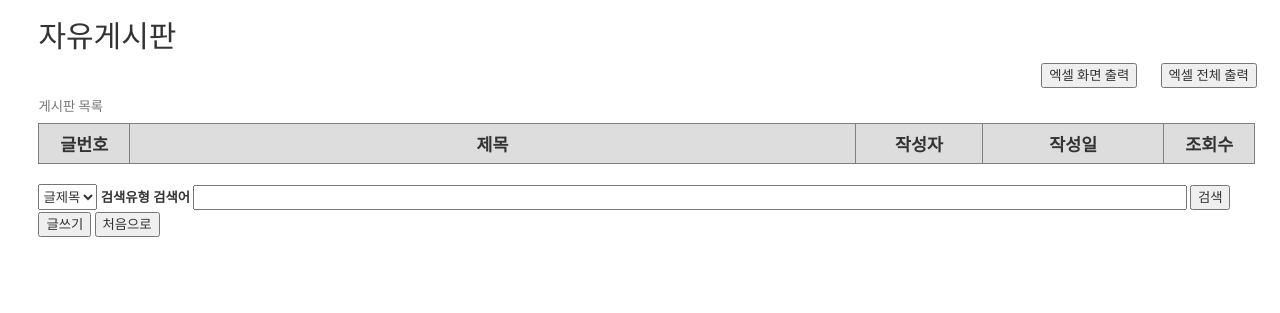
Repository: sser98/bowtech
Page: http://localhost/Board/WEB-INF/views/tiles1/board/list.jsp
An editor plug-in stored every save of this project. The page is shown before and after the next save, followed by the edit.
The browser window is 1280 px wide. The pictures show the whole page.
The page is served by Tomcat 9. Nobody is signed in. Other server files are loaded and not shown. The template is opened directly, without the code that normally fills it, so the values that code supplies are empty.

Above is the page before, as saved 2021-03-09 09:24:05.

### Board/src/main/webapp/WEB-INF/views/tiles1/board/list.jsp
<%@ page language="java" contentType="text/html; charset=UTF-8"
    pageEncoding="UTF-8"%>

<%@ taglib prefix="c" uri="http://java.sun.com/jsp/jstl/core" %>
<%@ taglib prefix="fmt" uri="http://java.sun.com/jstl/fmt" %>
<%@ taglib prefix="fn" uri="http://java.sun.com/jsp/jstl/functions" %>
<% String ctxPath = request.getContextPath(); %>

  <script src="https://ajax.googleapis.com/ajax/libs/jquery/3.5.1/jquery.min.js"></script>
  <script src="https://maxcdn.bootstrapcdn.com/bootstrap/3.4.1/js/bootstrap.min.js"></script>
  <link rel="stylesheet" href="https://maxcdn.bootstrapcdn.com/bootstrap/3.4.1/css/bootstrap.min.css">

<style type="text/css">

	* {
		font-family: "제주고딕";
		font-size: 10pt;
	}

	th {
		font-size: 13pt;
	}

	td {
		font-family: "제주고딕";
		font-size: 10pt;
	}

   table, th, td {border: solid 1px gray;}


    #table {width: 98%; border-collapse: collapse;}
    #table th, #table td {padding: 5px;}
    #table th {background-color: #DDD;}
    .subjectStyle {font-weight: bold;
                   color: navy;
                   cursor: pointer;}


    #searchWord {
    	width: 80%;
    }

    tr {
    	height: 30pt;
    }

    div#mycontent {
	    min-height: 600px;
	    padding-top: 20px;
    }

</style>

<script type="text/javascript">

   $(document).ready(function(){


      $("span.subject").bind("mouseover", function(event){
         var $target = $(event.target);
         $target.addClass("subjectStyle");

      });


      $("span.subject").bind("mouseout", function(event){
         var $target = $(event.target);
         $target.removeClass("subjectStyle");
      });


      $("input#searchWord").keyup(function(event){
         if(event.keyCode == 13) {
            // 엔터를 했을 경우
            goSearch();
         }

      });

      $("div#displayList").hide();

     // === #107. 검색어 입력시 자동글 완성하기 2 === //
      $("div#displayList").hide();
      $("input#searchWord").keyup(function(){

         var wordLength = $(this).val().length;
         // 검색어의 길이를 알아온다.

         if(wordLength == 0) {
            $("div#displayList").hide();
            // 검색어 입력후 백스페이스키를 눌러서 검색어를 모두 지우면 검색된 내용이 안 나오도록 해야 한다.
         }

         else {
            $.ajax({
               url:"<%= request.getContextPath()%>/wordSearchShow.action",
               type:"GET",
               data:{"searchType":$("select#searchType").val()
                   ,"searchWord":$("input#searchWord").val()},
               dataType:"JSON",
               success:function(json){
                  // === #112. 검색어 입력시 자동글 완성하기 7 === //
                  if(json.length > 0) {
                     // 검색된 데이터가 있는 경우임.

                     var html = "";

                     $.each(json, function(index, item){
                        var word = item.word;
                        var index = word.toLowerCase().indexOf($("input#searchWord").val().toLowerCase());
                        var len = $("input#searchWord").val().length;
                        var result = "<span style='color:blue;'>"+word.substr(0, index)+"</span><span style='color:red;'>"+word.substr(index, len)+"</span><span style='color:blue;'>"+word.substr(index+len)+"</span>";
                        html += "<span style='cursor:pointer;' class='result'>"+result+"</span><br>";
                     });

                     $("div#displayList").html(html);
                     $("div#displayList").show();

                  }
               },

               error: function(request, status, error){
                  alert("code: "+request.status+"\n"+"message: "+request.responseText+"\n"+"error: "+error);
                }
            });
         }

      });// end of $("input#searchWord").keyup()-----------------


     // === #113. 검색어 입력시 자동글 완성하기 8 === //
      $(document).on("click",".result",function(){
         var word = $(this).text();
         $("input#searchWord").val(word); // 텍스트박스에 검색된 결과의 문자열을 입력해준다.
         $("div#displayList").hide();
         goSearch();
      });



      // 검색시 검색조건 및 검색어 값 유지시키기
      if( ${not empty paraMap} ) {  // 또는 if( ${paraMap != null} ) {
         $("select#searchType").val("${paraMap.searchType}");
         $("input#searchWord").val("${paraMap.searchWord}");
      }




	   ///// === Excel 파일로 다운받기 시작 === /////
	   $("button#btnAllExcel").click(function(){


		   alert("AllExcel을 클릭 하였습니다.");
		   var frm = document.searchFrm;
		   frm.method = "POST";
		   frm.action = "<%= request.getContextPath()%>/downloadExcelFile.action";
		   frm.submit();
	   });

	   ///// === Excel 파일로 다운받기 끝 === /////

	   ///// === Excel 파일로 다운받기 시작 === /////
	   $("button#btnPageExcel").click(function(){

		   $("input#downLoadType").val("Y");
		   alert("PageExcel을 클릭 하였습니다.");
		   var frm = document.searchFrm;
		   frm.method = "POST";
		   frm.action = "<%= request.getContextPath()%>/downloadExcelFile.action";
		   frm.submit();

		   $("input#downLoadType").val("");
	   });

	   ///// === Excel 파일로 다운받기 끝 === /////

   });// end of $(document).ready(function(){})-------------------


   function goView(seq) {

      // === #124. 페이징 처리되어진 후 특정 글제목을 클릭하여 상세내용을 본 이후
      //           사용자가 목록보기 버튼을 클릭했을때 돌아갈 페이지를 알려주기 위해
      //           현재 페이지 주소를 뷰단으로 넘겨준다.
      var frm = document.goViewFrm;
      frm.seq.value = seq;

      var word=$("input#searchWord").val();
      var type=$("select#searchType").val();

      $("input[name=type]").val(type);
      $("input[name=word]").val(word);

      frm.method = "GET";
      frm.action = "<%= ctxPath%>/view.action";
      frm.submit();

   }// end of function goView(seq){}----------------------------------------------


   function goSearch() {
      var frm = document.searchFrm;
      frm.method = "GET";
      frm.action = "<%= request.getContextPath()%>/list.action";
      frm.submit();
   }// end of function goSearch() {}-----------------------


   function Write() {

	   location.href="<%=ctxPath%>/add.action";
   }


   function list() {

	   location.href="<%=ctxPath%>/list.action";
   }








</script>


<div style="padding-left: 3%;">
   <h2 style="margin-top: 20px;">자유게시판</h2>
   	<button id="btnAllExcel" title="엑셀 화면 출력" style="float: right; margin-right: 17.4pt;">엑셀 전체 출력</button>
   	<button id="btnPageExcel" title="엑셀 전체 출력" style="float: right; margin-right: 17.4pt;">엑셀 화면 출력</button>
   <table summary="최신글 순서대로 나열되어 있는 글 제목과 작성자가 표시된 게시판 표"  id="table">
   	<caption>게시판 목록</caption>


      <tr>

         <th scope="rowgroup" class="number" style="width: 50px;  text-align: center;">글번호</th>
         <th scope="rowgroup" class="title"  style="width: 400px; text-align: center;">제목</th>
         <th scope="rowgroup" class="author" style="width: 70px;  text-align: center;">작성자</th>
         <th scope="rowgroup" class="registerdate" style="width: 100px; text-align: center;">작성일</th>
         <th scope="rowgroup" class="viewcount" style="width: 50px;  text-align: center;">조회수</th>
      </tr>



      <c:forEach var="boardvo" items="${boardList}" varStatus="i">

	      <c:set var="subjectVal" value="${boardvo.subject}"/>
	      <c:set var="date" value="${boardvo.regDate}"/>
	      <c:set var="status" value="${boardvo.status}"/>
	      <c:set var="m" value="${i.index}"/>
	      <c:set var="num" value="${number-m}"/>

        <%-- === 글이 삭제된 경우 === --%>
        <c:choose>
	        <c:when test="${boardvo.status == 0}">
	        	<tr>
            	<td align="center">${num}</td>
	          	<td align="left">

	               <%-- 답변글이 아닌 원글인 경우 --%>
	               <c:if test="${boardvo.depthno == 0}">
							<span class="subject" style="color: gray;">작성자에 의해 삭제된 글입니다.</span>
	               </c:if>

	               <%-- 답변글인 경우 --%>
	               <c:if test="${boardvo.depthno > 0}">
	                  <span class="subject" style="color: gray;"><span style=" font-style: italic; padding-left: ${boardvo.depthno * 20}px;">└Re&nbsp;</span>작성자에 의해 삭제된 글입니다.</span>
	               </c:if>
	            </td>

	             <%-- === 댓글쓰기 및 답변형 및 파일첨부가 있는 게시판 끝 === --%>
			     <td align="center"><c:out value="${boardvo.name}"></c:out></td>
			     <td align="center">${fn:substring(date,0,10)}</td>
			     <td align="center">${boardvo.readCount}</td>
			  </tr>
	      	 </c:when>

	      	 <c:otherwise>
	      		<tr>
            	<td align="center">${num}</td>
	          	<td align="left">

			          <%-- === 댓글쓰기 및 답변형 및 파일첨부가 있는 게시판 시작 === --%>

			          <%-- 첨부파일이 없는 경우 --%>
			          <c:if test="${boardvo.fileName eq '0'}">
			               <%-- 답변글이 아닌 원글인 경우 --%>
			               <c:if test="${boardvo.depthno == 0}">
			                  <c:if test="${boardvo.commentCount > 0}">
									<span class="subject" onclick="goView('${boardvo.seq}')"><c:out value="${subjectVal}"></c:out><span style="vertical-align: super;">[<span style="color: red; font-size: 9pt; font-style: italic; font-weight: bold;">${boardvo.commentCount}</span>]</span> </span>
			                  </c:if>

			                  <c:if test="${boardvo.commentCount == 0}">

			                  	<c:choose>
			                  	<c:when test="${fn:length(subjectVal) > 60}">
			                  		<span class="subject" onclick="goView('${boardvo.seq}')"><c:out value=" ${fn:substring(subjectVal,0,60)}..."></c:out> </span>
			                  	</c:when>

			                  	<c:otherwise>
			                  		<span class="subject" onclick="goView('${boardvo.seq}')"><c:out value="${boardvo.subject}"></c:out></span>
			                  	</c:otherwise>
			                  	</c:choose>
			                </c:if>
			          </c:if>


			               <%-- 답변글인 경우 --%>
			               <c:if test="${boardvo.depthno > 0}">

			                  <c:if test="${boardvo.commentCount > 0}">
			                  <span class="subject" onclick="goView('${boardvo.seq}')"><span style="color: red; font-style: italic; padding-left: ${boardvo.depthno * 20}px;">└Re&nbsp;</span>${boardvo.subject} <span style="vertical-align: super;">[<span style="color: red; font-size: 9pt; font-style: italic; font-weight: bold;">${boardvo.commentCount}</span>]</span> </span>
			                  </c:if>

			                  <c:if test="${boardvo.commentCount == 0}">
			                  <span class="subject" onclick="goView('${boardvo.seq}')"><span style="color: red; font-style: italic; padding-left: ${boardvo.depthno * 20}px;">└Re&nbsp;</span>${boardvo.subject}</span>
			                  </c:if>
			               </c:if>
			          </c:if>


			          <%-- 첨부파일이 있는 경우 --%>
			          <c:if test="${boardvo.fileName ne '0'}">

			               <%-- 답변글이 아닌 원글인 경우 --%>
			               <c:if test="${boardvo.depthno == 0}">

			                  <c:if test="${boardvo.commentCount > 0}">

			                  <span class="subject" onclick="goView('${boardvo.seq}')">${boardvo.subject} <span style="vertical-align: super;">[<span style="color: red; font-size: 9pt; font-style: italic; font-weight: bold;">${boardvo.commentCount}</span>]</span> </span> &nbsp;<img alt="첨부파일이 있는 글" src="<%= request.getContextPath()%>/resources/images/disk.gif" />
			                  </c:if>
			                  <c:if test="${boardvo.commentCount == 0}">
			                  <span class="subject" onclick="goView('${boardvo.seq}')">${boardvo.subject}</span> &nbsp;<img alt="첨부파일이 있는 글" src="<%= request.getContextPath()%>/resources/images/disk.gif" />
			                  </c:if>
			               </c:if>

			               <%-- 답변글인 경우 --%>
			               <c:if test="${boardvo.depthno > 0}">
			                  <c:if test="${boardvo.commentCount > 0}">
			                  <span class="subject" onclick="goView('${boardvo.seq}')"><span style="color: red; font-style: italic; padding-left: ${boardvo.depthno * 20}px;">└Re&nbsp;</span>${boardvo.subject} <span style="vertical-align: super;">[<span style="color: red; font-size: 9pt; font-style: italic; font-weight: bold;">${boardvo.commentCount}</span>]</span> </span> &nbsp;<img alt="첨부파일이 있는 글" src="<%= request.getContextPath()%>/resources/images/disk.gif" />
			                  </c:if>

			                  <c:if test="${boardvo.commentCount == 0}">
			                  <span class="subject" onclick="goView('${boardvo.seq}')"><span style="color: red; font-style: italic; padding-left: ${boardvo.depthno * 20}px;">└Re&nbsp;</span>${boardvo.subject}</span> &nbsp;<img alt="첨부파일이 있는 글" src="<%= request.getContextPath()%>/resources/images/disk.gif" />
			                  </c:if>
			               </c:if>
			          </c:if>


			     </td>
			     		<%-- === 댓글쓰기 및 답변형 및 파일첨부가 있는 게시판 끝 === --%>
			            <td align="center"><c:out value="${boardvo.name}"></c:out></td>
			            <td align="center">${fn:substring(date,0,10)}</td>
			            <td align="center">${boardvo.readCount}</td>
			  </tr>
			 </c:otherwise>
      	</c:choose>
      </c:forEach>
   </table>

   <%-- === #122. 페이지바 보여주기 === --%>
   <div align="center" style="width: 70%; border: solid 0px gray; margin: 20px auto;">
      ${pageBar}
   </div>


   <%-- ~~~~~~~~~~~~~~~~~~~~~~~~~~~~~~~~~~~~~~~~~~~~~~~~~~~
             페이징 처리되어진 후 특정 글제목을 클릭하여 상세내용을 본 이후
        사용자가 목록보기 버튼을 클릭했을때 돌아갈 페이지를 알려주기 위해
        현재 페이지 주소를 뷰단으로 넘겨준다. --%>

   <form name="goViewFrm">
      <input type="hidden" name="seq" />
      <input type="hidden" name="gobackURL" style="width: 100%;" value="${gobackURL}"/>
   </form>

   <%-- === #101. 글검색 폼 추가하기 : 글제목, 글쓴이로 검색을 하도록 한다. === --%>
   <form name="searchFrm"  style="margin-bottom: 20px;">
      <select title="검색유형을 선택하세요" name="searchType" id="searchType" style="height: 26px;">
         <option value="subject" title="글제목" selected>글제목</option>
         <option value="name" title="글쓴이" >글쓴이</option>
      </select>
      <label for="searchType">검색유형</label>
      <label for="searchWord">검색어</label>
      <input type="text" title="검색어 입력" name="searchWord" id="searchWord" size="40" autocomplete="off" />
      <input type="hidden" name="downLoadType" id="downLoadType"/>
      <button type="button" title="검색" onclick="goSearch();">검색</button>
      <button type="button" title="글쓰기 " onclick="Write();" >글쓰기</button>
      <button type="button" title="처음으로" onclick="list();" >처음으로</button>
   </form>

   <%-- === #106. 검색어 입력시 자동글 완성하기 1 === --%>
   <div id="displayList" style="border:solid 1px gray; border-top:0px; width:326px; height:100px; margin-left:70px; margin-top:-1px; overflow:auto;">
   </div>

</div>

After the next save:
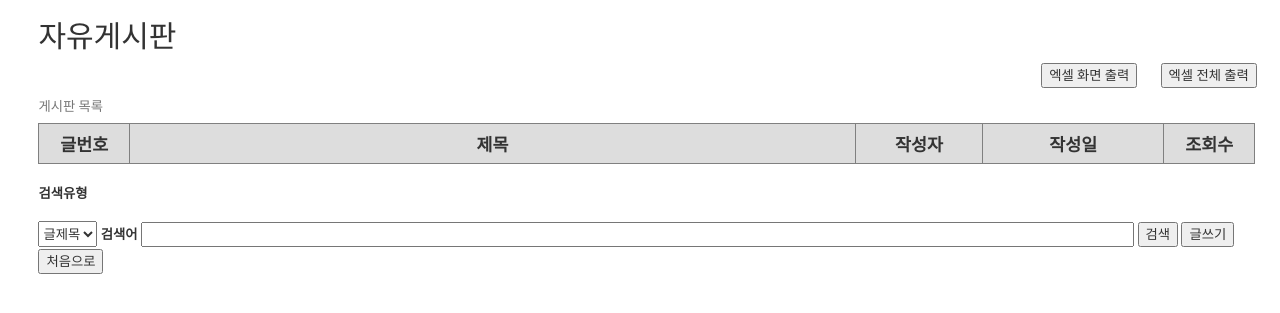
Saved 6 s later.
--- a/Board/src/main/webapp/WEB-INF/views/tiles1/board/list.jsp
+++ b/Board/src/main/webapp/WEB-INF/views/tiles1/board/list.jsp
@@ -375,6 +375,8 @@
         사용자가 목록보기 버튼을 클릭했을때 돌아갈 페이지를 알려주기 위해
         현재 페이지 주소를 뷰단으로 넘겨준다. --%>
 
+
+   <label for="searchType">검색유형</label>
    <form name="goViewFrm">
       <input type="hidden" name="seq" />
       <input type="hidden" name="gobackURL" style="width: 100%;" value="${gobackURL}"/>
@@ -386,7 +388,7 @@
          <option value="subject" title="글제목" selected>글제목</option>
          <option value="name" title="글쓴이" >글쓴이</option>
       </select>
-      <label for="searchType">검색유형</label>
+
       <label for="searchWord">검색어</label>
       <input type="text" title="검색어 입력" name="searchWord" id="searchWord" size="40" autocomplete="off" />
       <input type="hidden" name="downLoadType" id="downLoadType"/>
